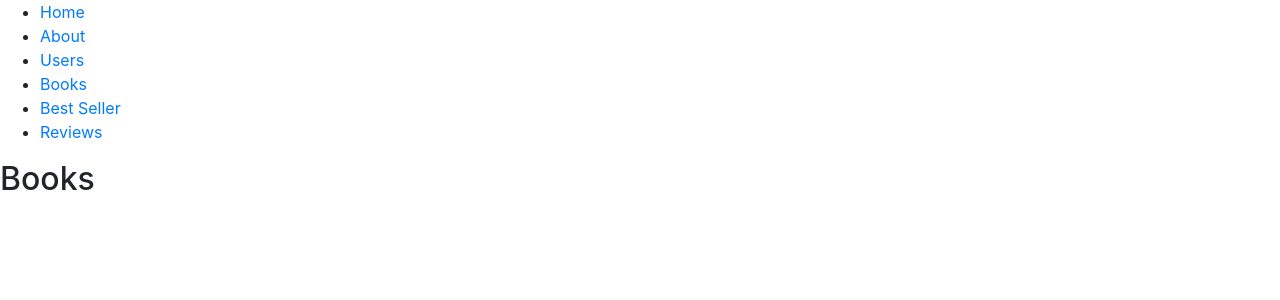
Repository: ebo-arcadia/enjoyou
Page: /books
An editor plug-in stored every save of this project. The page is shown before and after the next save, followed by the edit.
The browser window is 1280 px wide. The pictures show the whole page.
The project was rebuilt for these pictures with package versions that can differ from the ones it lists, and the page was loaded fresh each time. Also part of the build but not shown: src/App.css.

Above is the page before, as saved 2021-04-19 14:09:18.

After the next save:
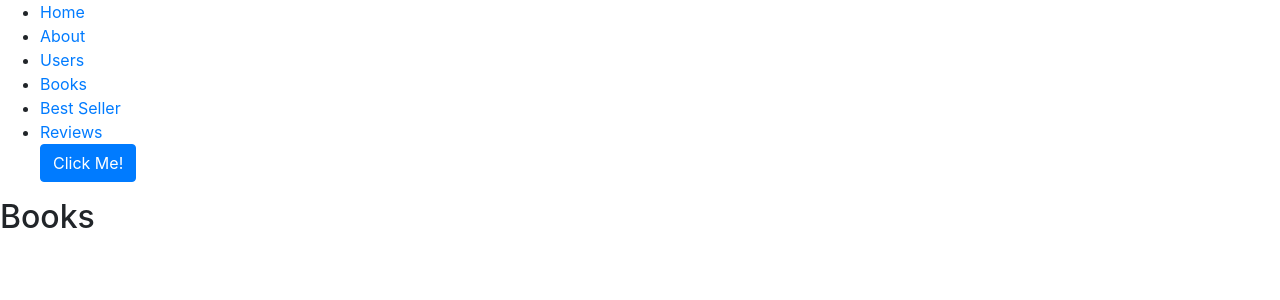
Saved 43 s later.
--- a/src/App.js
+++ b/src/App.js
@@ -16,6 +16,7 @@ export default function App() {
             <li> <Link to="/books">Books</Link> </li>
             <li> <Link to="/bestseller">Best Seller</Link> </li>
             <li> <Link to="/reviews">Reviews</Link> </li>
+            <Button>Click Me!</Button>
           </ul>
         </nav>
 
@@ -31,6 +32,7 @@ export default function App() {
         </Switch>
       </div>
     </Router>
+
   );
 }
 
